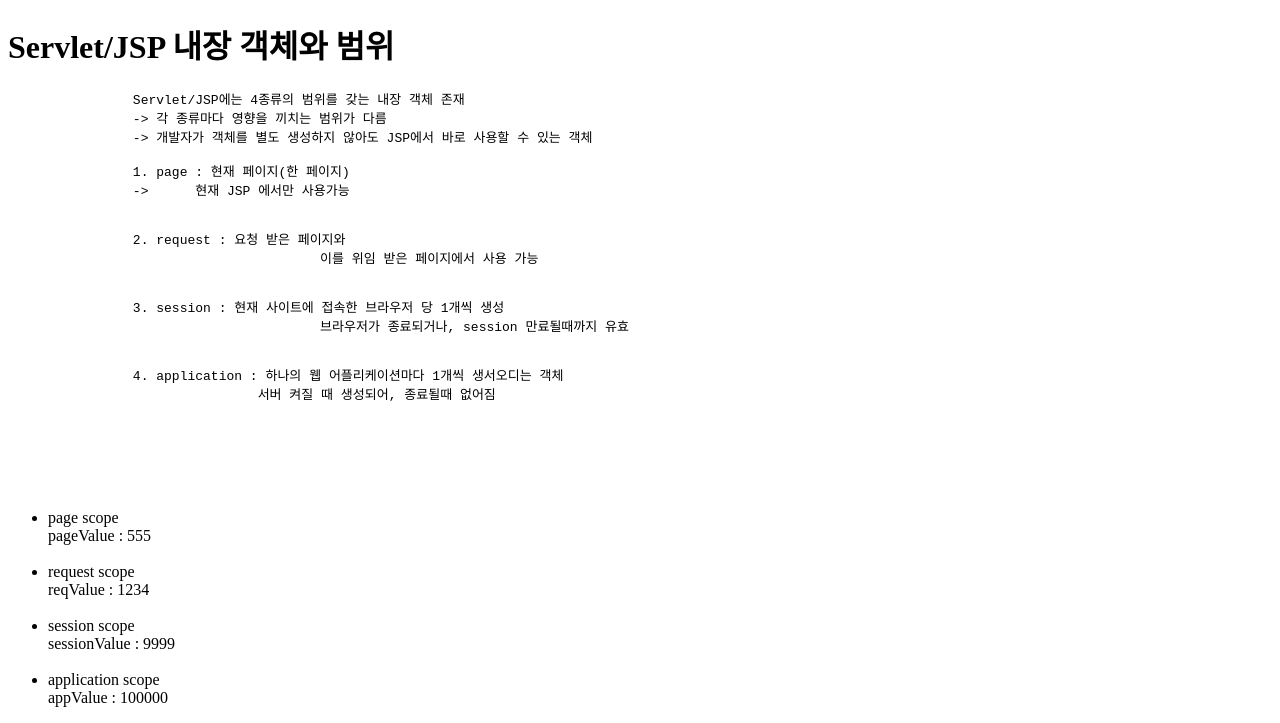
Repository: seungjoo1217/05_Server
Page: http://localhost/JSPProject2/scope
The author's editor kept a copy of each file at every save. The page is drawn from the files as they stood at one save, then again after the next save.
The browser window is 1280 px wide. The pictures show the whole page.
The page is served by Tomcat 10.

Above is the page before, as saved 2024-03-22 06:35:51.

After the next save:
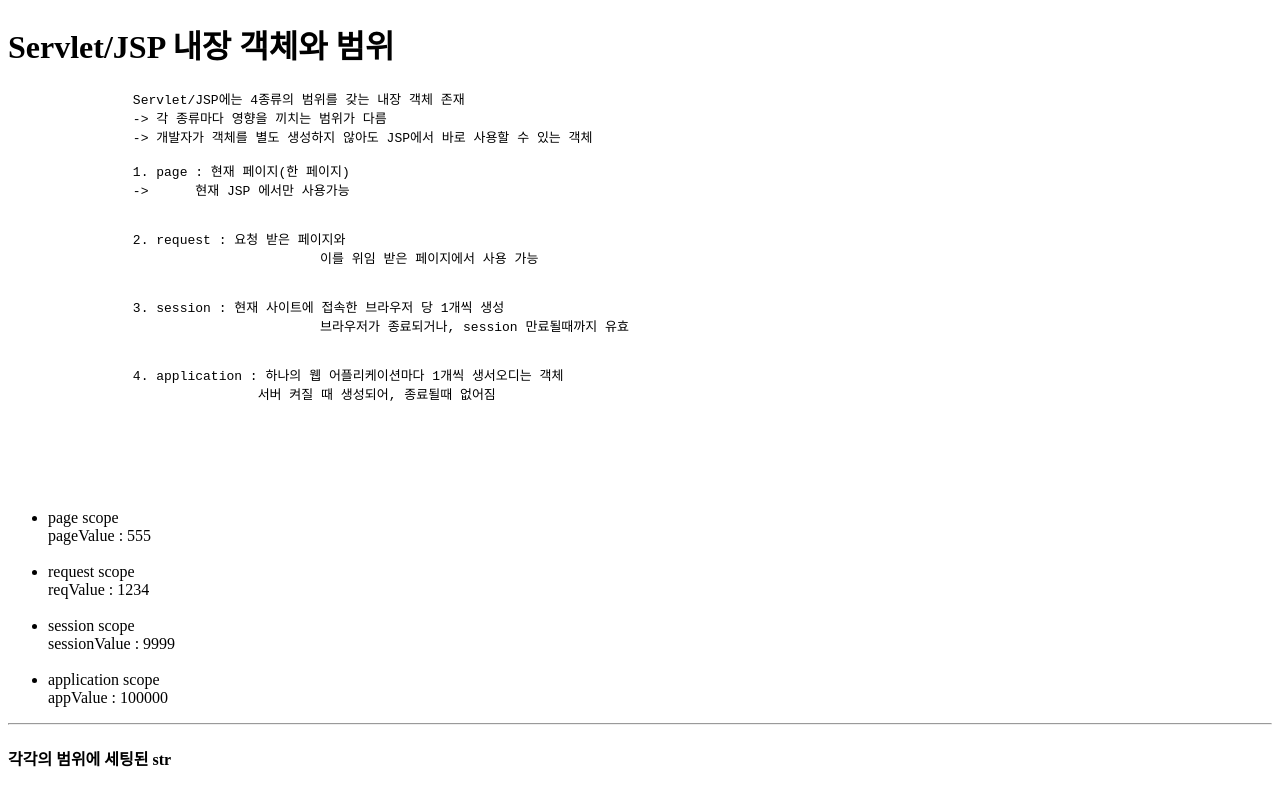
Saved 42 s later.
--- a/JSPProject2/src/main/webapp/WEB-INF/views/scope/scope.jsp
+++ b/JSPProject2/src/main/webapp/WEB-INF/views/scope/scope.jsp
@@ -75,9 +75,9 @@
 	</ul>
 
 
+	<hr>
 
-
-
+	<h4>각각의 범위에 세팅된 str</h4>
 
 
 
